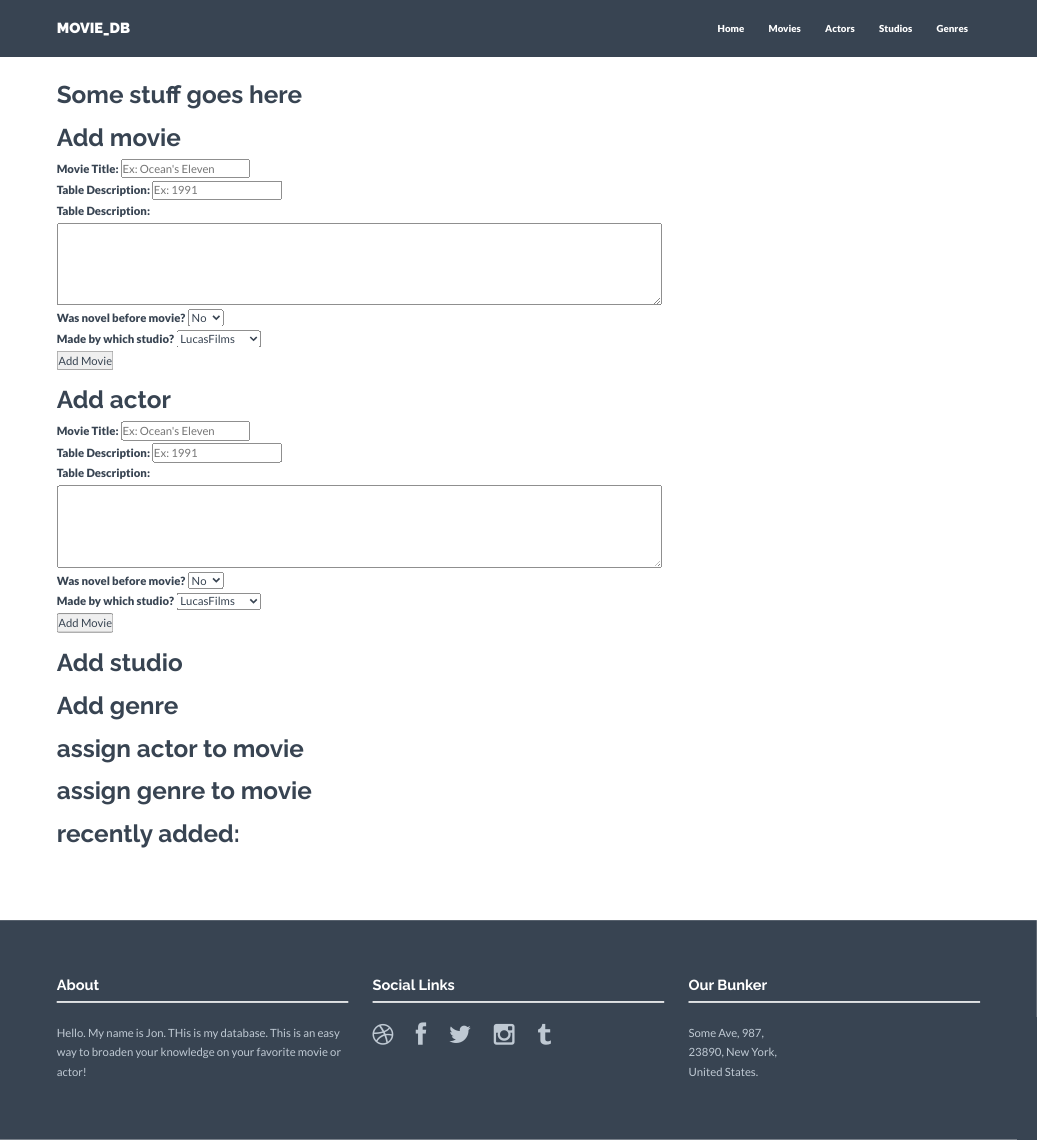
Repository: jonak91/Buzzerd-index
Page: http://localhost/admin.php
The author's editor kept a record of every edit. The page is drawn from the files as they stood at one moment, then again after the next edit.
The browser window is 1280 px wide. The pictures show the whole page, at 81% of full size.
Some web libraries are served in a nearby version. The page is run by PHP 8.4 with error messages shown; the project is at /var/www/html/. The database holds what the project's SQL file puts in it.

Above is the page before.
Not found: assets/js/modernizr.js

### admin.php
<?php require_once( 'incl/functions.php' ); ?>
<?php require_once( 'incl/header.php' ); ?>

 <div class="container mtb">
	 	<div class="row">

	 		<?php
			  if(isset($_POST['submit'])){
					add_movie($_POST);
				}
		?>

	 		<! -- MAIN CONTENAT AREA -->
	 		<div class="col-lg-8">
		 			<h2>Some stuff goes here</h2>
						<h2>Add movie</h2>
						<form method="post" name="add_movie">
								<div>
									<label for="title">Movie Title:</label> <input type="text" name="title" placeholder="Ex: Ocean's Eleven" />
								</div>
								<div>
									<label for="year_released">Table Description:</label> <input type="text" name="year_released" placeholder="Ex: 1991" />
								</div>
								<div>
									<label for="synopsis">Table Description:</label> <textarea name="synopsis" rows="5" cols="100"></textarea>
								</div>
								<div>
								<label for="was_novel"> Was novel before movie?</label>
									<select name="was_novel">
										<option value="0">No</option>
										<option value="1">Yes</option>
									</select>
							</div>
							<div>
							<label for="studioID"> Made by which studio?</label>
									<select name="studioID">
										<?php
										$studios = get_studios();
										foreach($studios as $studio){ ?>
										<option value="<?php echo $studio['sID']; ?>"><?php echo $studio['name']; ?></option>
										<?php } ?>
									</select>
							</div>
							<input type="submit" name="submit" value="Add Movie" />
						</form>

						<h2>Add actor</h2>
						<form method="post" name="add_movie">
								<div>
									<label for="title">Movie Title:</label> <input type="text" name="title" placeholder="Ex: Ocean's Eleven" />
								</div>
								<div>
									<label for="year_released">Table Description:</label> <input type="text" name="year_released" placeholder="Ex: 1991" />
								</div>
								<div>
									<label for="synopsis">Table Description:</label> <textarea name="synopsis" rows="5" cols="100"></textarea>
								</div>
								<div>
								<label for="was_novel"> Was novel before movie?</label>
									<select name="was_novel">
										<option value="0">No</option>
										<option value="1">Yes</option>
									</select>
							</div>
							<div>
							<label for="studioID"> Made by which studio?</label>
									<select name="studioID">
										<?php
										$studios = get_studios();
										foreach($studios as $studio){ ?>
										<option value="<?php echo $studio['sID']; ?>"><?php echo $studio['name']; ?></option>
										<?php } ?>
									</select>
							</div>
							<input type="submit" name="submit" value="Add Movie" />
						</form>
						<h2>Add studio</h2>
						<h2>Add genre</h2>
						<h2>assign actor to movie</h2>
						<h2>assign genre to movie</h2>
						<h2>recently added:</h2>
			</div><! --/ MAIN CONTENT AREA -->
	 	</div><! --/row -->
	 </div><! --/container -->

<?php require_once( 'incl/footer.php' ); ?>

### incl/functions.php
<?php
require_once('database.php');

$host= '127.0.0.1';
$u= 'jonak91';
$p = '';
$d= 'movies';

global $db;
$db= new Database($d, $u, $p, $host);

function get_movies(){
	$db = $GLOBALS['db'];
	$results = $db->query("SELECT * FROM movies"); //updated
	return $db->resToArray($results);
}

function get_actors(){
	$db= $GLOBALS['db'];
	$results = $db->query("SELECT * FROM actors ORDER BY 'first_name'"); //updated
	return $db->resToArray($results);
}

function get_studios(){
	$db= $GLOBALS['db'];
	$results = $db->query("SELECT * FROM studio"); //updated
	return $db->resToArray($results);
}

function get_genres(){
	$db= $GLOBALS['db'];
	$results = $db->query("SELECT * FROM genre"); //updated
	return $db->resToArray($results);
}

function get_movie($mID){
	$db= $GLOBALS['db'];
	$query= "SELECT * FROM movies WHERE mID = '$mID'"; //updated
	return $db->get_row($query);
}

function get_actor($aID){
	$db= $GLOBALS['db'];
	$query= "SELECT * FROM actors WHERE aID = '$aID'"; //updated
	return $db->get_row($query);
}

function get_studio($sID){
	$db= $GLOBALS['db'];
	$query= "SELECT * FROM studio WHERE sID = '$sID'"; //updated
	return $db->get_row($query);
}

function get_genre($gID){
	$db= $GLOBALS['db'];
	$query= "SELECT * FROM genre WHERE gID = '$gID'"; //updated
	return $db->get_row($query);
}

function get_moviesfromstudio($id){  //works
	$db= $GLOBALS['db'];
	$results= $db->query("SELECT * FROM movies JOIN studio ON movies.studioID = studio.sID WHERE studio.sID = '$id'");
	return $db->resToArray($results);
}






















function add_movie($info){
	$db= $GLOBALS['db'];
	extract($info);
	$submitted= $db->query("INSERT INTO movies VALUES('', '$title', '$year_released', '$synopsis', '$was_novel', '$studioID', CURRENT_TIMESTAMP)");

	if($submitted){
		print "<h3>$title submitted!</h3>";
	}
}

function add_actor($info){
	$db= $GLOBALS['db'];
	extract($info);
	$submitted= $db->query("INSERT INTO movie_actors VALUES('', '$maID', '$movieID', '$actorID', CURRENT_TIMESTAMP)");

	if($submitted){
		print "<h3>$title submitted!</h3>";
	}
}

function add_genre($info){
	$db= $GLOBALS['db'];
	extract($info);
	$timestamp= $db->get_mysql_timestamp();
	$submitted= $db->query("INSERT INTO movie_genre VALUES('', '$mgID', '$movieID', '$genreID', '$timestamp')");

	if($submitted){
		print "<h3>$title submitted!</h3>";
	}
}

function add_studio($info){
	$db= $GLOBALS['db'];
	extract($info);
	$timestamp= $db->get_mysql_timestamp();
	$submitted= $db->query("INSERT INTO studio VALUES('', '$sID', '$name', '$city', '$state', '$zip', '$timestamp')");

	if($submitted){
		print "<h3>$title submitted!</h3>";
	}
}

function print_array( $a ) {
?>
  <pre>
  <?php var_dump( $a ); ?>
  </pre>
<?php
}
?>

### incl/database.php
<?php
class Database{
        var $dbName;
        var $user;
        var $password;
        var $host;
        var $lastID;
        var $dbConn;

        //constructor
        function __construct($db, $u, $p, $h){
                $this->dbName= $db;
                $this->user= $u;
                $this->password= $p;
                $this->host= $h;

                //metadata to get entire table list?
        }

        //any query
        function query($query){
                        $this->dbConn= new mysqli($this->host, $this->user, $this->password, $this->dbName);
                        if($this->dbConn->connect_errno > 0){
                                die('Unable to connect to database [' . $dbh->connect_error . ']');
                        }

                        $result= $this->dbConn->query($query) or die('There was an error running the query [' . $this->dbConn->error . ']');
                        $this->lastID= $this->dbConn->insert_id;
                        $this->dbConn->close();

                        return $result;
        }

        function resToArray($res){
                $data= array();
                while($info= mysqli_fetch_assoc($res)){
                        $data[]= $info;
                }

                return $data;
        }

        function get_column($query){

                $res= $this->query($query);

                $data= array();

                while($info= mysqli_fetch_assoc($res)){
                        $key= array_keys($info);
                        $key= $key[0];
                        $data[]= $info[$key];
                }

                return $data;
        }

        function get_row($query){
                $res= $this->query($query);
                $res= $this->resToArray($res);

            return ($res == false) ? $res : $res[0];
        }

        function get_var($query){
                $res= $this->query($query);

                $info= mysqli_fetch_array($res);

                return $info[0];
        }


        function get_mysql_timestamp(){
                return date('Y-m-d H:i:s', time());
        }

        function print_array( $a ) {
        ?>
          <pre>
          <?php var_dump( $a ); ?>
          </pre>
        <?php
        }


        function clean_array($info){
                foreach($info as $key => $val){
                        $info["$key"]= $this->clean($val);
                }

                return $info;
        }


        function clean($a){
                $this->dbConn= new mysqli($this->host, $this->user, $this->password, $this->dbName);
                $a= $this->dbConn->real_escape_string($a);
                $this->dbConn->close();

                return $a;
        }

}


?>

### incl/header.php
<!DOCTYPE html>
<html lang="en">
  <head>
    <meta charset="utf-8">
    <meta http-equiv="X-UA-Compatible" content="IE=edge">
    <meta name="viewport" content="width=device-width, initial-scale=1">
    <meta name="description" content="">
    <meta name="author" content="">
    <link rel="shortcut icon" href="assets/ico/favicon.ico">

    <title>SOLID - Bootstrap 3 Theme</title>

    <!-- Bootstrap core CSS -->
    <link href="assets/css/bootstrap.css" rel="stylesheet">

    <!-- Custom styles for this template -->
    <link href="assets/css/style.css" rel="stylesheet">
    <link href="assets/css/font-awesome.min.css" rel="stylesheet">


    <!-- Just for debugging purposes. Don't actually copy this line! -->
    <!--[if lt IE 9]><script src="../../assets/js/ie8-responsive-file-warning.js"></script><![endif]-->

    <!-- HTML5 shim and Respond.js IE8 support of HTML5 elements and media queries -->
    <!--[if lt IE 9]>
      <script src="https://oss.maxcdn.com/libs/html5shiv/3.7.0/html5shiv.js"></script>
      <script src="https://oss.maxcdn.com/libs/respond.js/1.4.2/respond.min.js"></script>
    <![endif]-->

    <script src="assets/js/modernizr.js"></script>
  </head>

  <body>

    <!-- Fixed navbar -->
    <div class="navbar navbar-default navbar-fixed-top" role="navigation">
      <div class="container">
        <div class="navbar-header">
          <button type="button" class="navbar-toggle" data-toggle="collapse" data-target=".navbar-collapse">
            <span class="sr-only">Toggle navigation</span>
            <span class="icon-bar"></span>
            <span class="icon-bar"></span>
            <span class="icon-bar"></span>
          </button>
          <a class="navbar-brand" href="index.php">MOVIE_DB</a>
        </div>
        <div class="navbar-collapse collapse navbar-right">
          <ul class="nav navbar-nav">
            <li><a href="index.php">Home</a></li>
            <li><a href="movies.php">Movies</a></li>
            <li><a href="actors.php">Actors</a></li>
            <li><a href="studios.php">Studios</a></li>
            <li><a href="genres.php">Genres</a></li>
          </ul>
        </div><!--/.nav-collapse -->
      </div>
    </div>

### incl/footer.php


	<!-- *****************************************************************************************************************
	 FOOTER
	 ***************************************************************************************************************** -->
	 <div id="footerwrap">
	 	<div class="container">
		 	<div class="row">
		 		<div class="col-lg-4">
		 			<h4>About</h4>
		 			<div class="hline-w"></div>
		 			<p>Hello. My name is Jon. THis is my database. This is an easy way to broaden your knowledge on your favorite movie or actor!</p>
		 		</div>
		 		<div class="col-lg-4">
		 			<h4>Social Links</h4>
		 			<div class="hline-w"></div>
		 			<p>
		 				<a href="#"><i class="fa fa-dribbble"></i></a>
		 				<a href="#"><i class="fa fa-facebook"></i></a>
		 				<a href="#"><i class="fa fa-twitter"></i></a>
		 				<a href="#"><i class="fa fa-instagram"></i></a>
		 				<a href="#"><i class="fa fa-tumblr"></i></a>
		 			</p>
		 		</div>
		 		<div class="col-lg-4">
		 			<h4>Our Bunker</h4>
		 			<div class="hline-w"></div>
		 			<p>
		 				Some Ave, 987,<br/>
		 				23890, New York,<br/>
		 				United States.<br/>
		 			</p>
		 		</div>

		 	</div><! --/row -->
	 	</div><! --/container -->
	 </div><! --/footerwrap -->

    <!-- Bootstrap core JavaScript
    ================================================== -->
    <!-- Placed at the end of the document so the pages load faster -->
    <script src="https://ajax.googleapis.com/ajax/libs/jquery/1.11.0/jquery.min.js"></script>
    <script src="assets/js/bootstrap.min.js"></script>
	<script src="assets/js/retina-1.1.0.js"></script>
	<script src="assets/js/jquery.hoverdir.js"></script>
	<script src="assets/js/jquery.hoverex.min.js"></script>
	<script src="assets/js/jquery.prettyPhoto.js"></script>
  	<script src="assets/js/jquery.isotope.min.js"></script>
  	<script src="assets/js/custom.js"></script>


  </body>
</html>

### assets/css/style.css
/*	################################################################

	Author: Carlos Alvarez
	URL: http://alvarez.is

	Project Name: SOLID - Bootstrap 3 Theme
	Version: 1.0
	URL: http://alvarez.is

################################################################# */
@import url(http://fonts.googleapis.com/css?family=Raleway:400,700,900);
@import url(http://fonts.googleapis.com/css?family=Lato:400,900);
@import url("prettyPhoto.css") screen;
@import url("hoverex-all.css") screen;

/*	################################################################
	1. GENERAL STRUCTURES
################################################################# */
	* {
		margin: 0;
		padding: 0px;
	}

body {
	background: #ffffff;
	margin: 0;
	height: 100%;
	color: #384452;
	font-family: 'Lato', sans-serif;
	font-weight: 400;
	}

h1, h2, h3, h4, h5, h6 {
	font-family: 'Raleway', sans-serif;
	font-weight: 700;
}

p {
	padding: 0;
	margin-bottom: 12px;
	font-family: 'Lato', sans-serif;
	font-weight: 400;
	font-size: 14px;
	line-height: 24px;
	color: #384452;
	margin-top: 10px;
}

img {
	height: auto;
	max-width: 100%;
}

a {
	padding: 0;
	margin: 0;
	text-decoration: none;
	-webkit-transition: background-color .4s linear, color .4s linear;
	-moz-transition: background-color .4s linear, color .4s linear;
	-o-transition: background-color .4s linear, color .4s linear;
	-ms-transition: background-color .4s linear, color .4s linear;
	transition: background-color .4s linear, color .4s linear;
}
a:hover,
a:focus {
  text-decoration: none;
  color:#01b2fe;
}

::-moz-selection  {
	color: #fff;
	text-shadow:none;
	background:#2B2E31;
}
::selection {
	color: #fff;
	text-shadow:none;
	background:#2B2E31;
}

.centered {
	text-align: center
}

/*	################################################################
	BOOTSTRAP MODIFICATIONS & TWEAKS
################################################################# */
.navbar {
	min-height: 70px;
	padding-top: 10px;
	margin-bottom: 0px;
}

.navbar-brand {
	font-family: 'Raleway', sans-serif;
	font-weight: 900;
}

.navbar-header .navbar-brand {
	color: white;
}

.navbar-default .navbar-nav > li > a {
	color: white;
	font-weight: 700;
	font-size: 12px;
}

.navbar-default .navbar-nav > li > a:hover {
	color: #00b3fe;
}

.navbar-default .navbar-nav > .active > a, .navbar-default .navbar-nav > .active > a:hover, .navbar-default .navbar-nav > .active > a:focus {
	color: #00b3fe;
	background-color: transparent;
}

.navbar-default {
	background-color: #384452;
	border-color: transparent;
}

.dropdown-menu {
	background: #384452;
}

.dropdown-menu > li > a {
	color: white;
	font-weight: 700;
	font-size: 12px;
}

.btn-theme {
  color: #fff;
  background-color: #384452;
  border-color: #384452;
  margin: 4px;
}
.btn-theme:hover,
.btn-theme:focus,
.btn-theme:active,
.btn-theme.active,
.open .dropdown-toggle.btn-theme {
  color: #fff;
  background-color: #00b3fe;
  border-color: #00b3fe;
}

.dmbutton:hover,
.dmbutton:active,
.dmbutton:focus{
	color: #ffffff;
	background-color: #222222;
	border-color: #ffffff;
}
.dmbutton {
	background:rgba(0, 0, 0, 0);
	border: 1px solid #ffffff;
	color: #ffffff;
	-webkit-border-radius: 2px;
	border-radius: 2px;
	padding-top: 1.025rem;
	padding-right: 2.25rem;
	letter-spacing:0.85px;
	padding-bottom: 1.0875rem;
	padding-left: 2.25rem;
	font-size: 1.55rem;
	cursor: pointer;
	font-weight: normal;
	line-height: normal;
	margin: 0 0 1.25rem;
	text-decoration: none;
	text-align: center;
	display: inline-block;
	-webkit-transition: background-color 300ms ease-out;
	-moz-transition: background-color 300ms ease-out;
	transition: background-color 300ms ease-out;
	-webkit-appearance: none;
	font-weight: normal !important;
}

.mtb {
	margin-top: 80px;
	margin-bottom: 80px;
}

.mb {
	margin-bottom: 60px;
}

.mt {
	margin-top: 60px;
}

.hline {
	border-bottom: 2px solid #384452;
}

.hline-w {
	border-bottom: 2px solid #ffffff;
	margin-bottom: 25px;
}
/*	################################################################
	SITE WRAPS
################################################################# */

#headerwrap {
	background-color: #00b3fe;
	min-height: 550px;
	padding-top: 100px;
	padding-bottom: 0px;
	text-align: center;
}

#headerwrap h3, h5 {
	color: white;
	font-weight: 400;
}

#headerwrap h1 {
	color: white;
	margin-bottom: 25px;
}

#headerwrap .img-responsive {
	margin: 0 auto;
}

/* Services Wrap */
#service {
	margin-top: 100px;
	margin-bottom: 80px;
}

#service i {
	color: #00b3fe;
	font-size: 60px;
	padding: 15px;
}

/* Portfolio Wrap */
#portfoliowrap {
	padding-top: 60px;
	margin-bottom: 60px;
	display: block;
	text-align: center
}

#portfoliowrap h3 {
	margin-bottom: 25px;
}

.portfolio {
	padding:0 !important;
	margin:0 !important;
	display:block;
}


.portfolio-item .title:before {border-radius:0; display:none}
.portfolio-item p {margin:0px 0 30px;}
.portfolio-item h3 {margin:-10px 0 10px; font-size:16px; text-transform:uppercase;}


.tpl6 h3
{
	color:#fff;
	margin:0;
	padding:40px 5px 0;
	font-size:16px;
	text-transform:uppercase;
}
.tpl6 .dmbutton
{
	display:inline-block;
	margin:30px 5px 20px 5px;
	font-size:13px;
}

.tpl6 .bg
{
	height:100%;
	width:100%;
	background-color:#00b3fe;
	background-color:rgba(0,179,254,.9);
	text-align:center;
}

/* Testimonials Wrap */
#twrap {
	background: url(../img/t-back.jpg) no-repeat center top;
	margin-top: 0px;
	padding-top:60px;
	text-align:center;
	background-attachment: relative;
	background-position: center center;
	min-height: 450px;
	width: 100%;

    -webkit-background-size: 100%;
    -moz-background-size: 100%;
    -o-background-size: 100%;
    background-size: 100%;

    -webkit-background-size: cover;
    -moz-background-size: cover;
    -o-background-size: cover;
    background-size: cover;
}

#twrap i {
	font-size: 50px;
	color: white;
	margin-bottom: 25px;
}

#twrap p {
	color: white;
	font-size: 15px;
	line-height: 30px;
}

/* clients logo */
#cwrap {
	background: #f7f7f7;
	margin-top: 0px;
	padding-top: 80px;
	padding-bottom: 100px;
}

#cwrap h3 {
	margin-bottom: 60px;
}

/* Footer */
#footerwrap {
	padding-top: 60px;
	padding-bottom: 60px;
	background: #384452;
}

#footerwrap p {
	color: #bfc9d3;
}

#footerwrap h4 {
	color: white;
}

#footerwrap i {
	font-size: 30px;
	color: #bfc9d3;
	padding-right: 25px;
}

#footerwrap i:hover {
	color: #00b3fe
}

/*	################################################################
	PAGE CONFIGURATIONS
################################################################# */
/* General Tweaks */

#blue {
	background: #00b3fe;
	margin-top: 60px;
	margin-bottom: 60px;
	padding-top: 25px;
	padding-bottom: 25px;
}

#blue h3 {
	color: white;
	margin-left: 15px;
}

.ctitle {
	color: #00b3fe;
	font-weight: 700;
	margin-bottom: 15px;
}

csmall {
	font-size: 12px;
	color: #b3b3b3;
}
csmall2 {
	font-size: 12px;
	color: #f39c12
}

.spacing {
	margin-top: 40px;
	margin-bottom: 40px;
}

.badge-theme {
	background: #00b3fe;
}

/* Contact Page */
#contactwrap {
	background: url(../img/contact.jpg) no-repeat center top;
	margin-top: -60px;
	padding-top:0px;
	text-align:center;
	background-attachment: relative;
	background-position: center center;
	min-height: 400px;
	width: 100%;

    -webkit-background-size: 100%;
    -moz-background-size: 100%;
    -o-background-size: 100%;
    background-size: 100%;

    -webkit-background-size: cover;
    -moz-background-size: cover;
    -o-background-size: cover;
    background-size: cover;
}

/* Blog Page */
.popular-posts {
	margin: 0px;
	padding-left: 0px;
	}

.popular-posts li {
	list-style: none;
	margin-bottom: 20px;
	min-height: 70px;
}
.popular-posts li a,
.popular-posts li a:hover {
	color:#2f2f2f;
	text-decoration: none;
	}

.popular-posts li img {
	float: left;
	margin-right: 20px;
	}

.popular-posts li em {
	font-family: 'Lato', sans-serif;
	font-size: 12px;
	color: #b3b3b3
	}

.popular-posts p {
	line-height: normal;
	margin-bottom: auto;
}

.share i {
	padding-right: 15px;
	font-size: 18px;
}

### job.sql (the tables this page reads)
CREATE TABLE IF NOT EXISTS `studio` (
`sID` mediumint(9) NOT NULL,
  `name` varchar(40) NOT NULL,
  `city` varchar(30) NOT NULL,
  `state` varchar(2) NOT NULL,
  `zip` varchar(10) NOT NULL,
  `timestamp` timestamp NOT NULL DEFAULT CURRENT_TIMESTAMP ON UPDATE CURRENT_TIMESTAMP
) ENGINE=InnoDB AUTO_INCREMENT=4 DEFAULT CHARSET=latin1;

INSERT INTO `studio` (`sID`, `name`, `city`, `state`, `zip`, `timestamp`) VALUES
(1, 'LucasFilms', 'San Francisco', 'CA', '94129', '2014-11-21 13:11:14'),
(2, 'Overture', 'Beverly Hills', 'CA', '90210', '2014-11-21 13:11:14'),
(3, 'Warner Bros.', 'Burbank ', 'CA', '92511', '2014-11-21 13:23:26');

ALTER TABLE `studio`
 ADD PRIMARY KEY (`sID`);

ALTER TABLE `studio`
MODIFY `sID` mediumint(9) NOT NULL AUTO_INCREMENT,AUTO_INCREMENT=4;

Loaded but not shown: assets/css/bootstrap.css (library); assets/css/font-awesome.min.css (library); assets/js/bootstrap.min.js (library); assets/js/jquery.hoverdir.js (library); assets/js/jquery.hoverex.min.js (library); assets/js/jquery.prettyPhoto.js (library); assets/js/jquery.isotope.min.js (library); assets/js/custom.js (common file); assets/js/retina-1.1.0.js (151 lines, source omitted); assets/css/hoverex-all.css (2838 lines, source omitted); assets/css/prettyPhoto.css (170 lines, source omitted)

After the next edit:
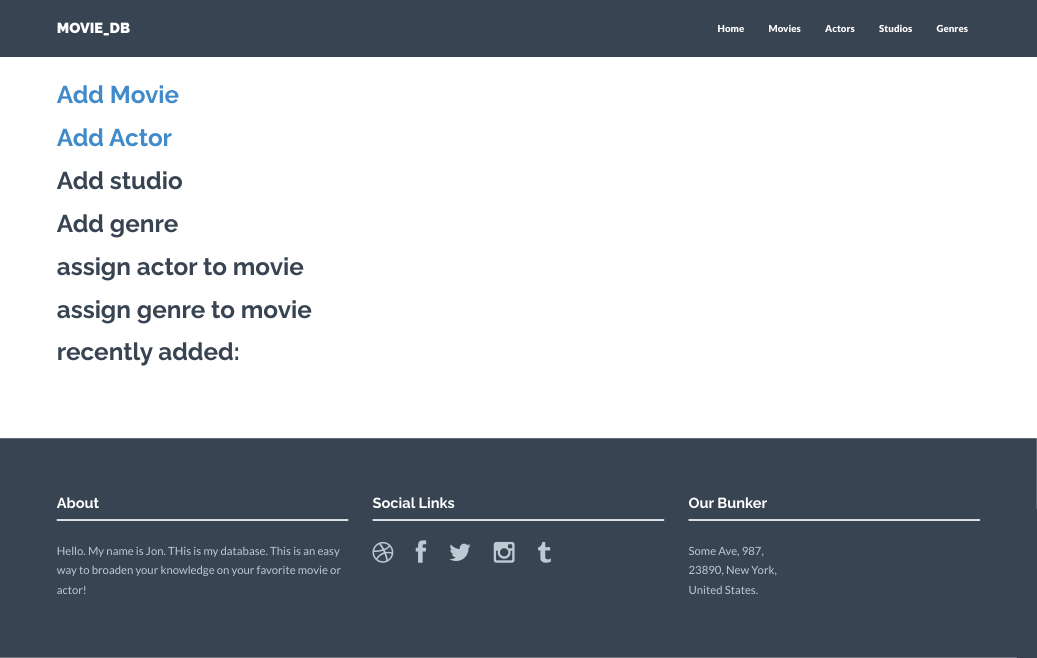
The edit:
--- a/admin.php
+++ b/admin.php
@@ -12,68 +12,8 @@
 
 	 		<! -- MAIN CONTENAT AREA -->
 	 		<div class="col-lg-8">
-		 			<h2>Some stuff goes here</h2>
-						<h2>Add movie</h2>
-						<form method="post" name="add_movie">
-								<div>
-									<label for="title">Movie Title:</label> <input type="text" name="title" placeholder="Ex: Ocean's Eleven" />
-								</div>
-								<div>
-									<label for="year_released">Table Description:</label> <input type="text" name="year_released" placeholder="Ex: 1991" />
-								</div>
-								<div>
-									<label for="synopsis">Table Description:</label> <textarea name="synopsis" rows="5" cols="100"></textarea>
-								</div>
-								<div>
-								<label for="was_novel"> Was novel before movie?</label>
-									<select name="was_novel">
-										<option value="0">No</option>
-										<option value="1">Yes</option>
-									</select>
-							</div>
-							<div>
-							<label for="studioID"> Made by which studio?</label>
-									<select name="studioID">
-										<?php
-										$studios = get_studios();
-										foreach($studios as $studio){ ?>
-										<option value="<?php echo $studio['sID']; ?>"><?php echo $studio['name']; ?></option>
-										<?php } ?>
-									</select>
-							</div>
-							<input type="submit" name="submit" value="Add Movie" />
-						</form>
-
-						<h2>Add actor</h2>
-						<form method="post" name="add_movie">
-								<div>
-									<label for="title">Movie Title:</label> <input type="text" name="title" placeholder="Ex: Ocean's Eleven" />
-								</div>
-								<div>
-									<label for="year_released">Table Description:</label> <input type="text" name="year_released" placeholder="Ex: 1991" />
-								</div>
-								<div>
-									<label for="synopsis">Table Description:</label> <textarea name="synopsis" rows="5" cols="100"></textarea>
-								</div>
-								<div>
-								<label for="was_novel"> Was novel before movie?</label>
-									<select name="was_novel">
-										<option value="0">No</option>
-										<option value="1">Yes</option>
-									</select>
-							</div>
-							<div>
-							<label for="studioID"> Made by which studio?</label>
-									<select name="studioID">
-										<?php
-										$studios = get_studios();
-										foreach($studios as $studio){ ?>
-										<option value="<?php echo $studio['sID']; ?>"><?php echo $studio['name']; ?></option>
-										<?php } ?>
-									</select>
-							</div>
-							<input type="submit" name="submit" value="Add Movie" />
-						</form>
+						<h2><a href="add_movie.php">Add Movie</a></h2>
+						<h2><a href="add_actor.php">Add Actor</a></h2>
 						<h2>Add studio</h2>
 						<h2>Add genre</h2>
 						<h2>assign actor to movie</h2>
